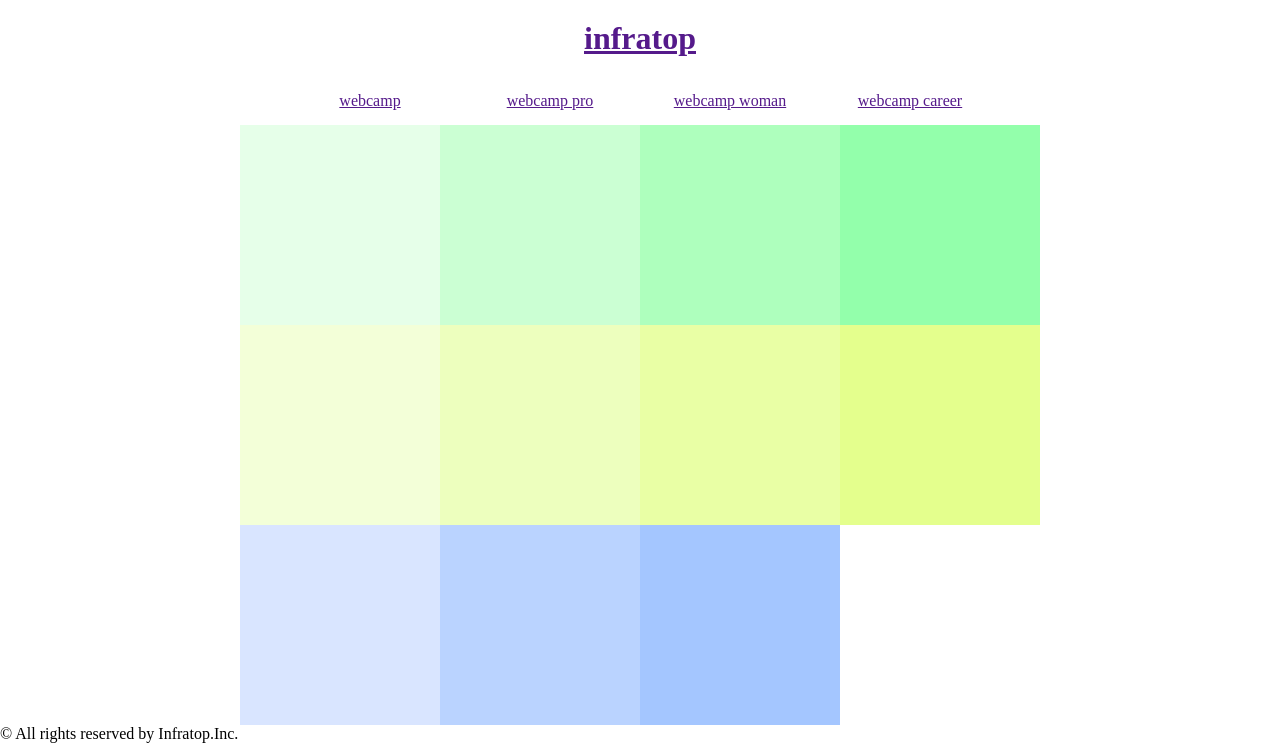
Repository: sutanuki/webcamp
Page: html,css/c5/index.html
The author's editor kept a record of every edit. The page is drawn from the files as they stood at one moment, then again after the next edit.
The browser window is 1280 px wide. The pictures show the whole page.

Above is the page before.

### html,css/c5/index.html
<!DOCTYPE html>
<html>
  <head>
    <meta http-equiv="content-type" content="text/html; charset=utf-8" />
    <title>`substitute(Filename('', 'Page Title'), '^.', '\u&', '')`</title>
    <link rel="stylesheet" href="style.css">
  </head>
  <body>
    <header>
      <h1><a href="">infratop</a></h1>
      <nav>
        <ul>
          <li><a href="">webcamp</a></li>
          <li><a href="">webcamp pro</a></li>
          <li><a href="">webcamp woman</a></li>
          <li><a href="">webcamp career</a></li>
        </ul>
      </nav>
    </header>
    <main>
      <div class="box1"></div>
      <div class="box2"></div>
      <div class="box3"></div>
      <div class="box4"></div>
      <div class="box5"></div>
      <div class="box6"></div>
      <div class="box7"></div>
      <div class="box8"></div>
      <div class="box9"></div>
      <div class="box10"></div>
      <div class="box11"></div>
      <div class="box12"></div>
    </main>
    <footer>
      <p>&copy All rights reserved by Infratop.Inc.</p>
    </footer>
  </body>
</html>

### html,css/c5/style.css
* {
  margin: 0;
  padding: 0;
  box-sizing: border-box;
}
header{
  width: 100%;
}
header h1{
  margin: 20px 0;
  text-align: center
}
nav ul{
  display: flex;
  justify-content: center;
  list-style: none;
}
nav ul li{
  width: 140px;
  margin: 15px 20px;
  text-align: center;
}
main{
  display: flex;
  width: 800px;
  height: 600px;
  flex-wrap: wrap;
  margin: 0 auto;

}
main div{
  width: 200px;
  height: 200px;
}
.box1{
  background-color: #e6ffe9;
}
.box2{
  background-color: #cbffd3;
}
.box3{
  background-color: #aeffbd;
}
.box4{
  background-color: #93ffab;
}
.box5{
  background-color: #f3ffd8;
}
.box6{
  background-color: #edffbe;
}
.box7{
  background-color: #e9ffa5;
}
.box8{
  background-color: #e4ff8d;
}
.box9{
  background-color: #d9e5ff;
}
.box10{
  background-color: #bad3ff;
}
.box11{
  background-color: #a4c6ff;
}
.box12{
  background-color: ;
}

After the next edit:
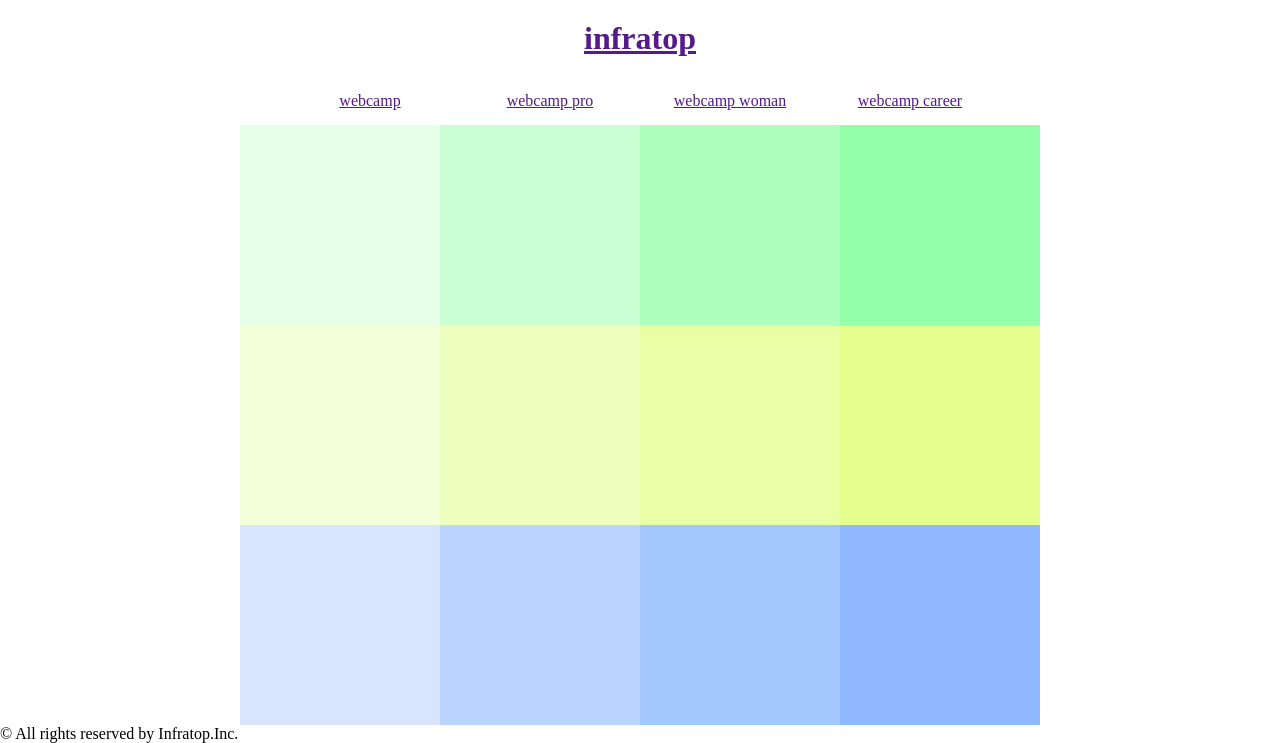
The edit:
--- a/html,css/c5/style.css
+++ b/html,css/c5/style.css
@@ -66,5 +66,5 @@
   background-color: #a4c6ff;
 }
 .box12{
-  background-color: ;
+  background-color: #8eb8ff;
 }
